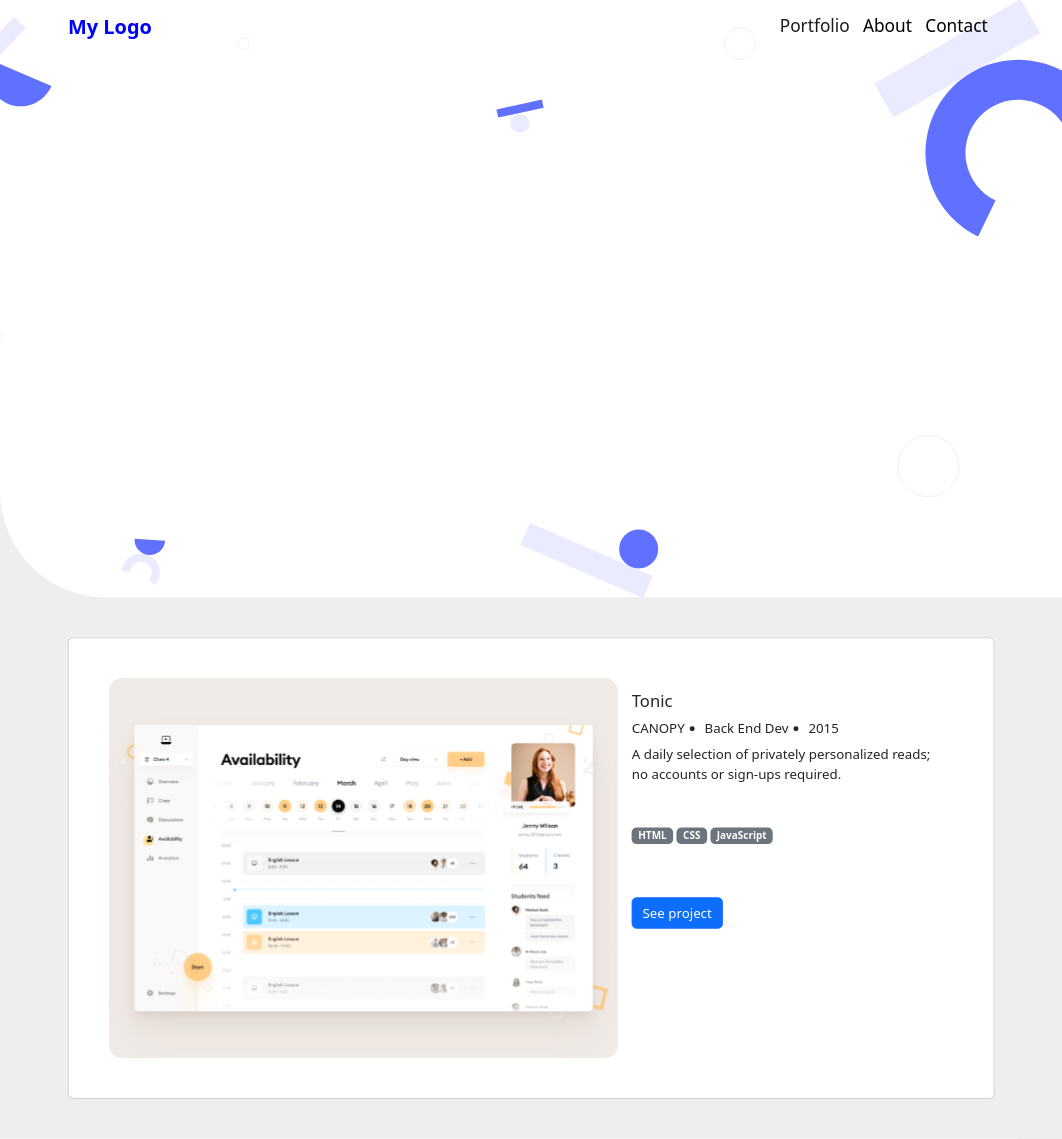
Repository: waelelsafty07/Bootstrap-Portfolio
Page: index.html
An editor plug-in stored every save of this project. The page is shown before and after the next save, followed by the edit.
The browser window is 1280 px wide. The pictures show the whole page, at 83% of full size.

Above is the page before, as saved 2023-04-04 17:00:04.

After the next save:
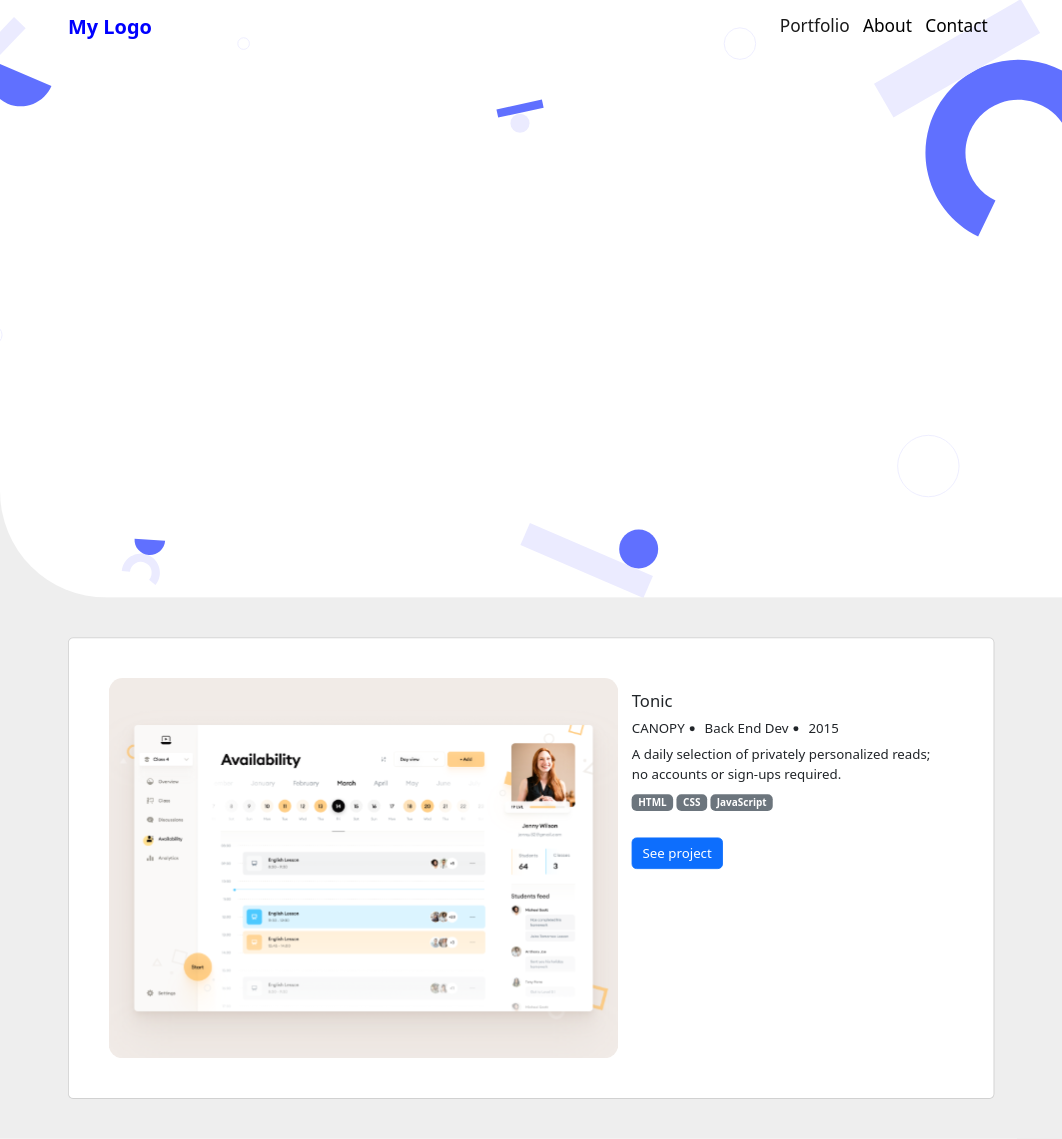
Saved 15 s later.
--- a/index.html
+++ b/index.html
@@ -45,7 +45,7 @@
                 <li class="ms-4">2015</li>
               </ul>
               <p class="card-text my-2">A daily selection of privately personalized reads; no accounts or sign-ups required.</p>
-              <ul class="list-unstyled my-5">
+              <ul class="list-unstyled my-">
                 <li class="badge bg-secondary">HTML</li>
                 <li class="badge bg-secondary">CSS</li>
                 <li class="badge bg-secondary">JavaScript</li>
